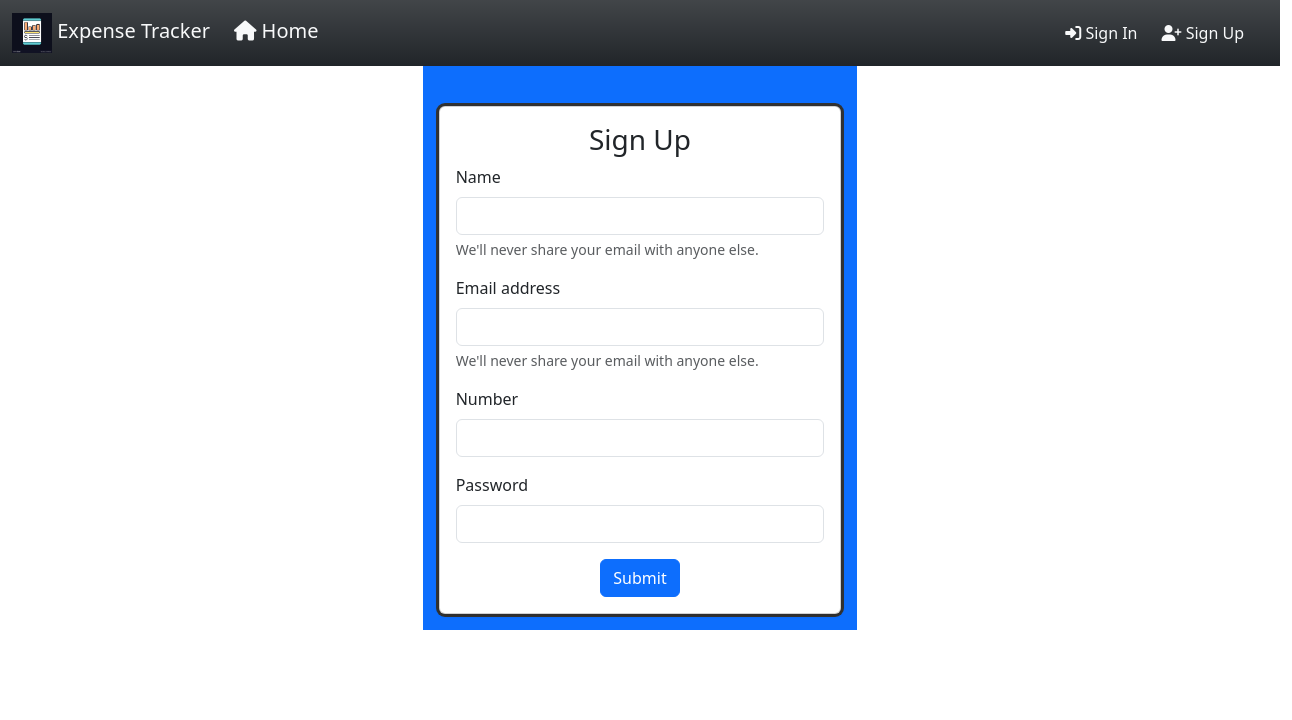
Repository: Gaurav560/OnlineExpenseTracker
Page: http://localhost/Online_Expense_Tracker/register.jsp
An editor plug-in stored every save of this project. The page is shown before and after the next save, followed by the edit.
The browser window is 1280 px wide. The page is 1292 px wide, then 1280 px, so the pictures cover 1292 px, including what lies to the right of the window. The pictures show the whole page.
The page is served by Tomcat 9.

Above is the page before, as saved 2023-05-04 15:07:58.

After the next save:
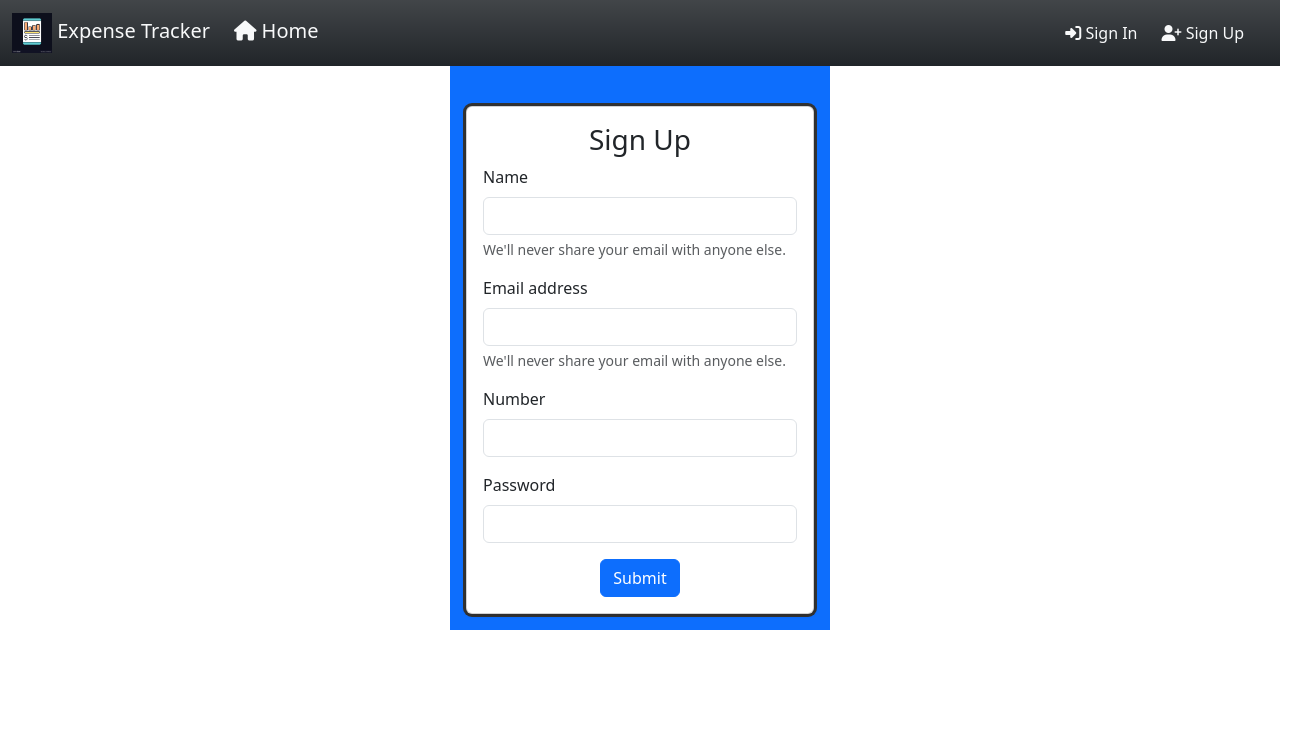
Saved 75 s later.
--- a/Online_Expense_Tracker/src/main/webapp/register.jsp
+++ b/Online_Expense_Tracker/src/main/webapp/register.jsp
@@ -15,7 +15,7 @@
 	<%@include file="component/navbar.jsp"%>
 	<!-- NAVBAR ends here  -->
 
-	<div class="contaier ">
+	<div class="container" style="padding-bottom:100px">
 		<div class="row">
 			<div class="col-md-4 offset-md-4 p-3 bg-primary ">
 				<div class="card mt-4"
